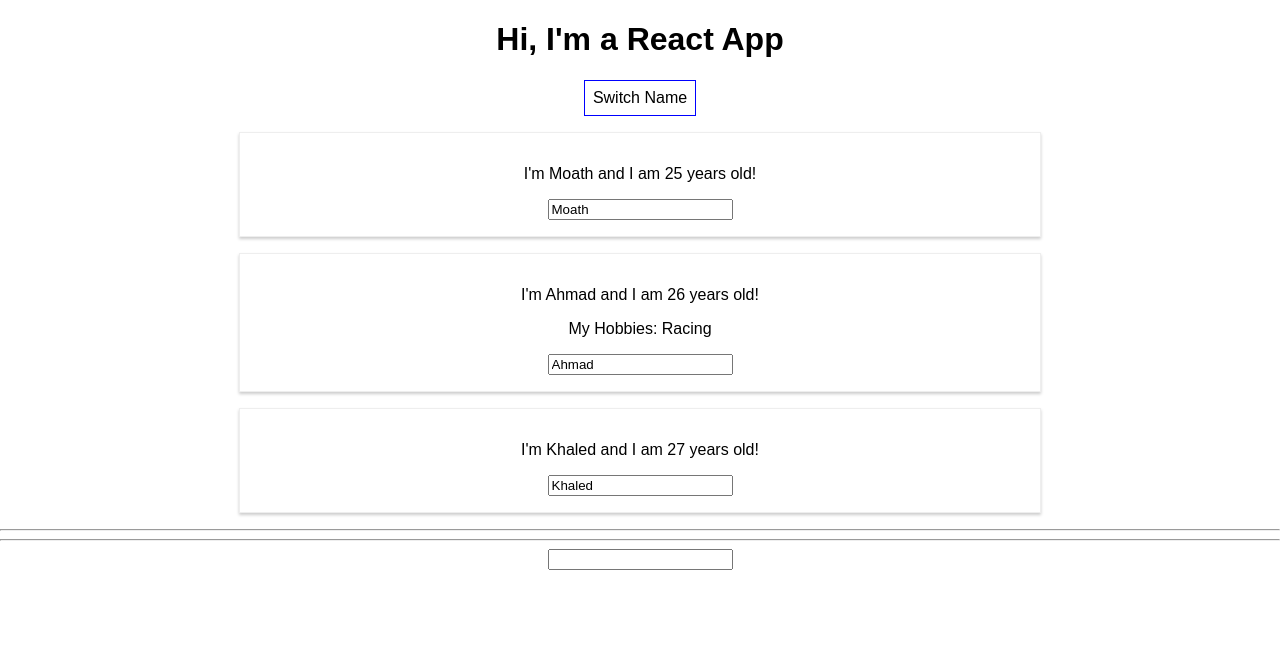
Repository: MuathYHKefayah/React-Basics
Page: /
These files come from the project's save history. The page is drawn as it stood at one moment and after the next save; the edit follows.
The browser window is 1280 px wide. The pictures show the whole page.
The project was rebuilt for these pictures with package versions that can differ from the ones it lists, and the page was loaded fresh each time.

Above is the page before, as saved 2020-12-12 08:47:57.

After the next save:
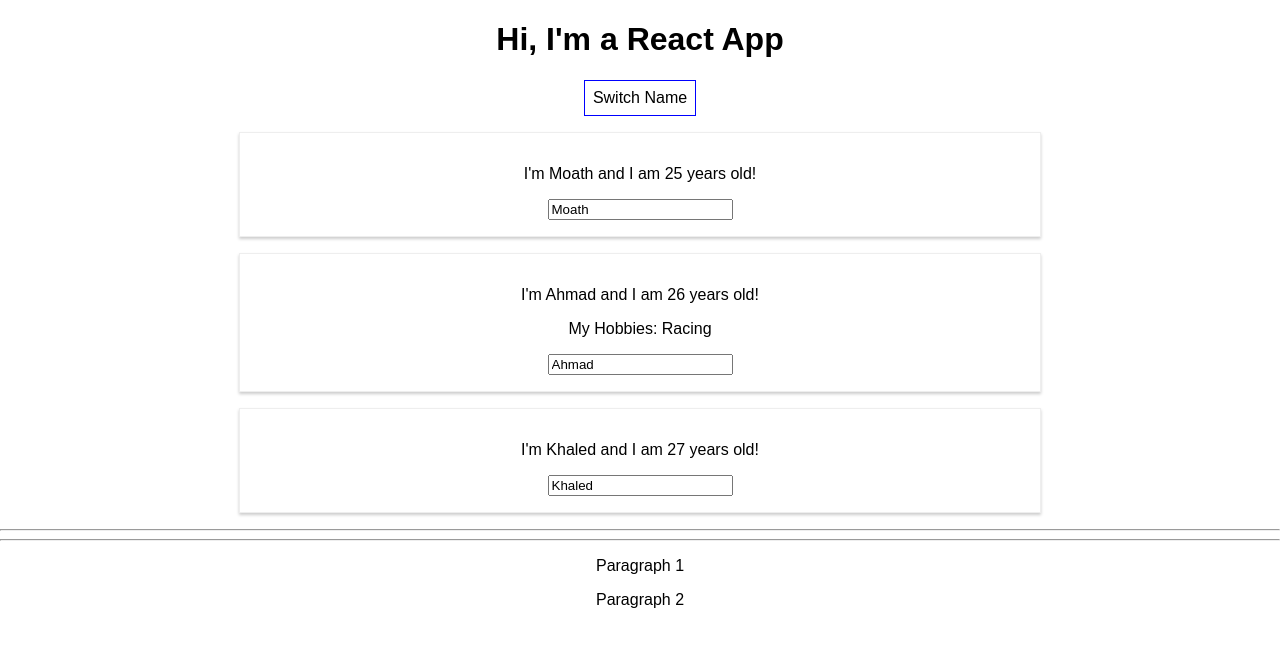
Saved 11 s later.
--- a/src/App.js
+++ b/src/App.js
@@ -60,8 +60,8 @@ class App extends Component {
         <Person name={this.state.persons[2].name} age={this.state.persons[2].age}/>
         <hr/>
         <hr/>
-        <UserInput />
-        {/* <UserOutput /> */}
+        {/* <UserInput /> */}
+        <UserOutput />
       </div>
     );
     //return React.createElement('div', {className: 'App'} , React.createElement('h1', null , 'Hi, I\'m a React App !!!' ))
